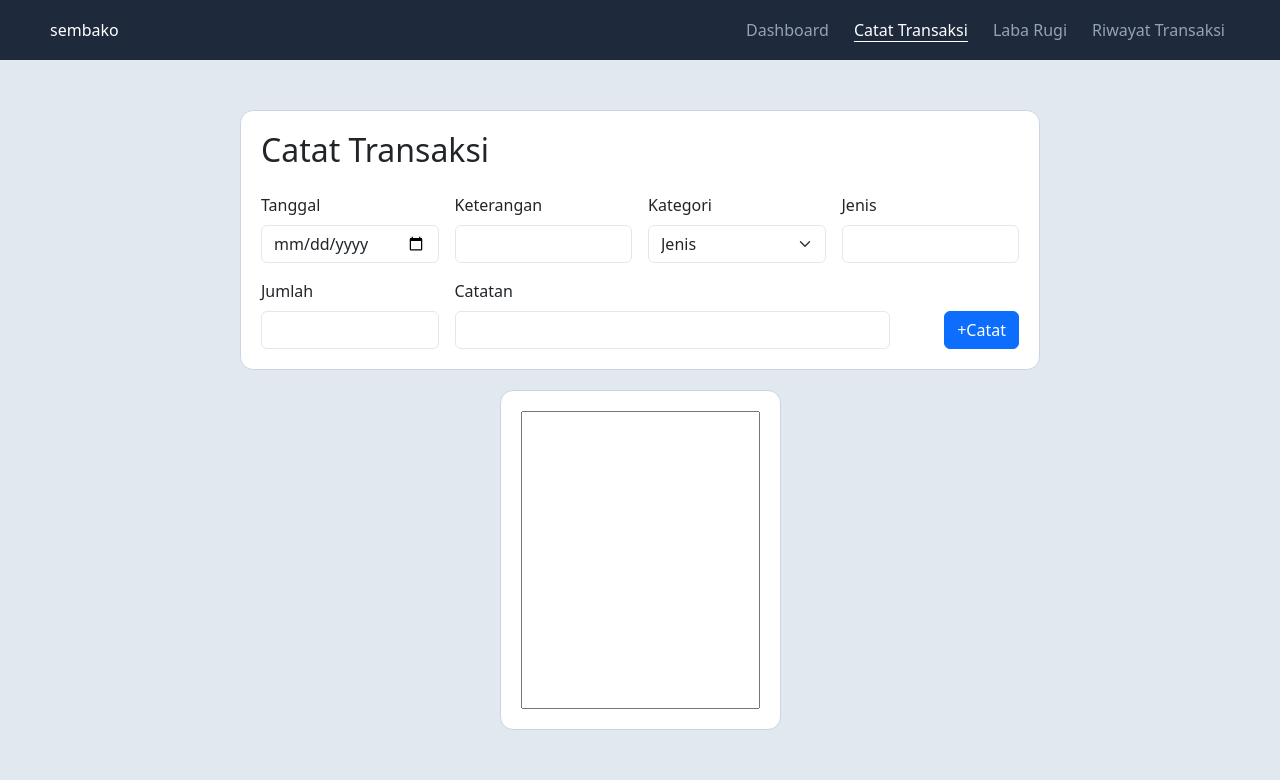
Repository: musdalifahzahra/Projek-Akhir-PWD-2026
Page: http://localhost/3-catat-transaksi.php
An editor plug-in stored every save of this project. The page is shown before and after the next save, followed by the edit.
The browser window is 1280 px wide. The pictures show the whole page.
The page is run by PHP 8.4 with error messages shown; the project is at /var/www/html/.

Above is the page before, as saved 2026-04-10 17:33:53.

After the next save:
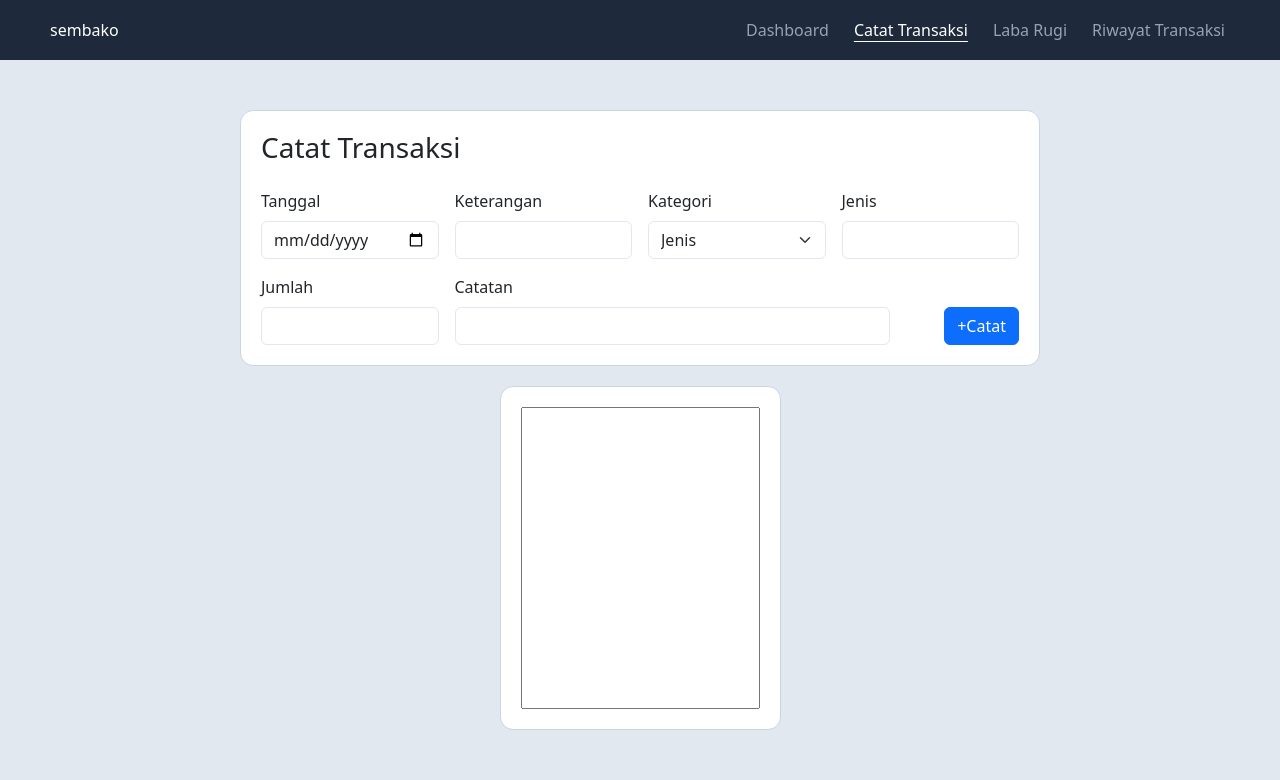
Saved 8 s later.
--- a/3-catat-transaksi.php
+++ b/3-catat-transaksi.php
@@ -29,7 +29,7 @@
         <!-- input transaksi -->
         <div class="input-transaksi template">
             <form class="row g-3">
-                <h2>Catat Transaksi</h2><br>
+                <h3>Catat Transaksi</h2><br>
                 <!-- tanggal -->
                 <div class="col-md-3">
                     <label for="tanggal" class="form-label">Tanggal</label>
